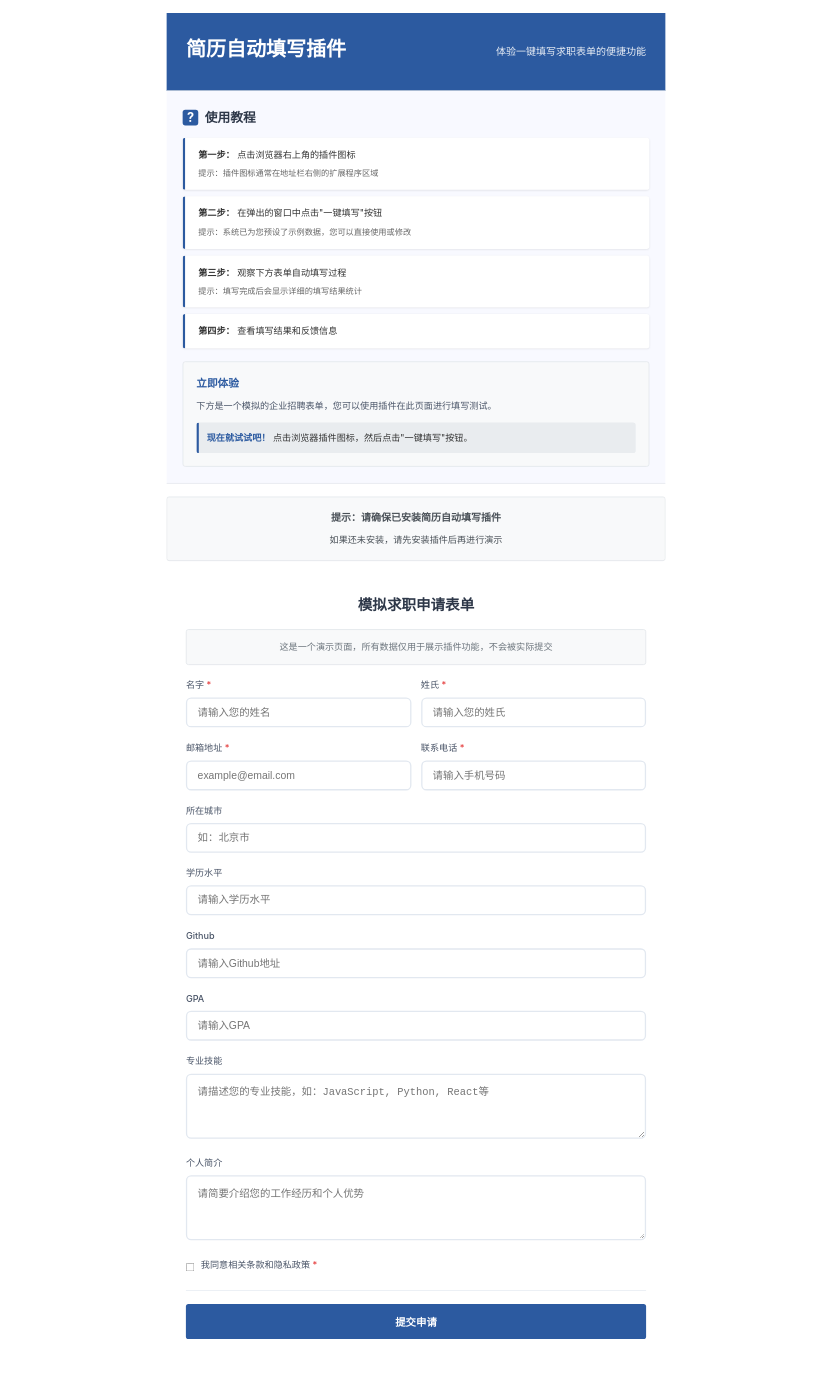
Repository: Zion74/jiancareer-chrome-main-zhn
Page: public/mock-form.html
The author's editor kept a copy of each file at every save. The page is drawn from the files as they stood at one save, then again after a run of saves.
The browser window is 1280 px wide. The pictures show the whole page, at 65% of full size.

Above is the page before, as saved 2025-09-09 23:14:32.

### public/mock-form.html
<!DOCTYPE html>
<html lang="zh-CN">
<head>
    <meta charset="UTF-8">
    <meta name="viewport" content="width=device-width, initial-scale=1.0">
    <title>简历自动填写插件 - 教学演示页面</title>
    <link rel="stylesheet" href="styles.css">
    <style>
        body {
            font-family: -apple-system, BlinkMacSystemFont, 'Segoe UI', Roboto, sans-serif;
            line-height: 1.6;
            margin: 0;
            padding: 0;
            background: #ffffff;
            min-height: 100vh;
            display: flex;
            justify-content: center;
            align-items: flex-start;
        }

        .container {
            width: 60%;
            max-width: 1200px;
            margin: 20px auto;
            background: white;
            border-radius: 0;
            box-shadow: none;
            border: none;
            overflow: hidden;
        }

        .header {
            background: #2c5aa0;
            color: white;
            padding: 30px;
            text-align: center;
        }

        .header h1 {
            margin: 0 0 10px 0;
            font-size: 2.2em;
            font-weight: 600;
        }

        .header p {
            margin: 0;
            font-size: 1.1em;
            opacity: 0.9;
        }

        .tutorial-section {
            background: #f8f9ff;
            padding: 25px;
            border-bottom: 1px solid #e1e5e9;
        }

        .tutorial-title {
            color: #2d3748;
            font-size: 1.4em;
            font-weight: 600;
            margin-bottom: 15px;
            display: flex;
            align-items: center;
        }

        .tutorial-icon {
            width: 24px;
            height: 24px;
            margin-right: 10px;
            background: #2c5aa0;
            border-radius: 4px;
            display: flex;
            align-items: center;
            justify-content: center;
            color: white;
            font-weight: bold;
        }

        .tutorial-steps {
            list-style: none;
            padding: 0;
            margin: 0;
        }

        .tutorial-steps li {
            background: white;
            margin: 10px 0;
            padding: 15px 20px;
            border-radius: 4px;
            border-left: 4px solid #2c5aa0;
            box-shadow: 0 1px 3px rgba(0,0,0,0.1);
        }

        .form-section {
            padding: 30px;
        }

        .form-title {
            color: #2d3748;
            font-size: 1.6em;
            font-weight: 600;
            margin-bottom: 20px;
            text-align: center;
        }

        .form-group {
            margin-bottom: 20px;
        }

        .form-row {
            display: flex;
            gap: 15px;
            margin-bottom: 20px;
        }

        .form-row .form-group {
            flex: 1;
            margin-bottom: 0;
        }

        label {
            display: block;
            margin-bottom: 8px;
            font-weight: 500;
            color: #4a5568;
        }

        .required {
            color: #e53e3e;
        }

        input[type="text"],
        input[type="email"],
        input[type="tel"],
        select,
        textarea {
            width: 100%;
            padding: 12px 16px;
            border: 2px solid #e2e8f0;
            border-radius: 8px;
            font-size: 16px;
            transition: all 0.3s ease;
            box-sizing: border-box;
        }

        input:focus,
        select:focus,
        textarea:focus {
            outline: none;
            border-color: #2c5aa0;
            box-shadow: 0 0 0 2px rgba(44, 90, 160, 0.1);
        }

        select {
            cursor: pointer;
        }

        textarea {
            resize: vertical;
            min-height: 100px;
        }

        .checkbox-group {
            display: flex;
            align-items: center;
            margin: 20px 0;
        }

        .checkbox-group input[type="checkbox"] {
            width: auto;
            margin-right: 10px;
        }

        .submit-section {
            text-align: center;
            padding: 20px 0;
            border-top: 1px solid #e2e8f0;
        }

        .btn {
            background: #2c5aa0;
            color: white;
            border: none;
            padding: 15px 40px;
            border-radius: 4px;
            font-size: 16px;
            font-weight: 600;
            cursor: pointer;
            transition: all 0.3s ease;
        }

        .btn:hover {
            background: #1e3d6f;
        }

        .demo-notice {
            background: #f8f9fa;
            border: 1px solid #dee2e6;
            color: #6c757d;
            padding: 15px;
            border-radius: 4px;
            margin: 20px 0;
            text-align: center;
            font-weight: 500;
        }

        .extension-hint {
            background: #f8f9fa;
            border: 1px solid #dee2e6;
            color: #495057;
            padding: 20px;
            border-radius: 4px;
            margin: 20px 0;
            text-align: center;
        }

        .extension-hint strong {
            display: block;
            font-size: 1.1em;
            margin-bottom: 10px;
        }

        @media (max-width: 768px) {
            .form-row {
                flex-direction: column;
                gap: 0;
            }

            .container {
                margin: 0;
                border-radius: 0;
            }

            .header {
                padding: 20px;
            }

            .header h1 {
                font-size: 1.8em;
            }

            .form-section {
                padding: 20px;
            }

            .tutorial-section {
                padding: 20px;
            }
        }
    </style>
</head>
<body>
    <div class="container">
        <div class="header">
            <h1>简历自动填写插件</h1>
            <p>体验一键填写求职表单的便捷功能</p>
        </div>

        <div class="tutorial-section">
            <div class="tutorial-title">
                <div class="tutorial-icon">?</div>
                使用教程
            </div>
            <ol class="tutorial-steps">
                <li><strong>第一步：</strong> 点击浏览器右上角的插件图标
                    <div style="margin-top: 8px; color: #666; font-size: 0.9em;">提示：插件图标通常在地址栏右侧的扩展程序区域</div>
                </li>
                <li><strong>第二步：</strong> 在弹出的窗口中点击"一键填写"按钮
                    <div style="margin-top: 8px; color: #666; font-size: 0.9em;">提示：系统已为您预设了示例数据，您可以直接使用或修改</div>
                </li>
                <li><strong>第三步：</strong> 观察下方表单自动填写过程
                    <div style="margin-top: 8px; color: #666; font-size: 0.9em;">提示：填写完成后会显示详细的填写结果统计</div>
                </li>
                <li><strong>第四步：</strong> 查看填写结果和反馈信息</li>
            </ol>

            <div style="background: #f8f9fa; border: 1px solid #dee2e6; border-radius: 4px; padding: 20px; margin-top: 20px;">
                <h3 style="margin: 0 0 10px 0; color: #2c5aa0;">立即体验</h3>
                <p style="margin: 0 0 15px 0; color: #4a5568;">下方是一个模拟的企业招聘表单，您可以使用插件在此页面进行填写测试。</p>
                <div style="background: #e9ecef; padding: 12px; border-radius: 4px; border-left: 4px solid #2c5aa0;">
                    <strong style="color: #2c5aa0;">现在就试试吧！</strong> 点击浏览器插件图标，然后点击"一键填写"按钮。
                </div>
            </div>
        </div>

        <div class="extension-hint">
            <strong>提示：请确保已安装简历自动填写插件</strong>
            如果还未安装，请先安装插件后再进行演示
        </div>

        <div class="form-section">
            <h2 class="form-title">模拟求职申请表单</h2>

            <div class="demo-notice">
                这是一个演示页面，所有数据仅用于展示插件功能，不会被实际提交
            </div>

            <form id="demo-form" action="#" method="post">
                <div class="form-row">
                    <div class="form-group">
                        <label for="firstName">名字 <span class="required">*</span></label>
                        <input type="text" id="firstName" name="firstName" placeholder="请输入您的姓名" required>
                    </div>
                    <div class="form-group">
                        <label for="lastName">姓氏 <span class="required">*</span></label>
                        <input type="text" id="lastName" name="lastName" placeholder="请输入您的姓氏">
                    </div>
                </div>

                <div class="form-row">
                    <div class="form-group">
                        <label for="email">邮箱地址 <span class="required">*</span></label>
                        <input type="email" id="email" name="email" placeholder="example@email.com" required>
                    </div>
                    <div class="form-group">
                        <label for="phone">联系电话 <span class="required">*</span></label>
                        <input type="tel" id="phone" name="phone" placeholder="请输入手机号码">
                    </div>
                </div>

                <div class="form-row">
                    <div class="form-group">
                        <label for="location">所在城市</label>
                        <input type="text" id="location" name="location" placeholder="如：北京市">
                    </div>
                </div>

                <div class="form-row">
                    <div class="form-group">
                        <label for="education">学历水平</label>
                        <input type="text" id="education" name="education" placeholder="请输入学历水平" required>
                    </div>
                </div>

                <div class="form-row">
                    <div class="form-group">
                        <label for="github">Github</label>
                        <input type="text" id="github" name="github" placeholder="请输入Github地址" required>
                    </div>
                </div>



                <div class="form-row">

                    <div class="form-group">
                        <label for="gpa">GPA</label>
                        <input type="text" id="gpa" name="gpa" placeholder="请输入GPA" required>
                    </div>
                </div>

                <div class="form-group">
                    <label for="skills">专业技能</label>
                    <textarea id="skills" name="skills" placeholder="请描述您的专业技能，如：JavaScript, Python, React等"></textarea>
                </div>

                <div class="form-group">
                    <label for="introduction">个人简介</label>
                    <textarea id="introduction" name="introduction" placeholder="请简要介绍您的工作经历和个人优势"></textarea>
                </div>

                <div class="checkbox-group">
                    <input type="checkbox" id="agree" name="agree" required>
                    <label for="agree">我同意相关条款和隐私政策 <span class="required">*</span></label>
                </div>

                <div class="submit-section">
                    <button type="submit" class="btn">提交申请</button>
                </div>
            </form>
        </div>
    </div>

    <script>
        // 监听来自插件的消息
        window.addEventListener('message', function(event) {
            if (event.data.type === 'SJ_DETECT_V1') {
                // 响应插件的检测消息
                event.source.postMessage({
                    type: 'SJ_ACK_V1',
                    success: true,
                    message: '页面已准备好进行自动填写演示'
                }, '*');
            }

            if (event.data.source === 'JIANCAREER_EXTENSION') {
                console.log('收到插件消息:', event.data);

                if (event.data.type === 'TUTORIAL_DEMO') {
                    // 处理教程演示消息
                    showTutorialMessage('插件正在演示自动填写功能...', 'info');
                } else if (event.data.type === 'AUTOFILL_COMPLETE') {
                    // 处理填写完成消息
                    const result = event.data.result;
                    let message = '';
                    let type = 'success';

                    if (result.success) {
                        message = `填写完成！成功填写 ${result.filled}/${result.total} 个字段`;
                        if (result.filled === result.total) {
                            message += ' 🎉';
                        }
                    } else {
                        message = `填写失败：${result.error || '未知错误'}`;
                        type = 'error';
                    }

                    showTutorialMessage(message, type);

                    // 如果填写成功，显示额外的成功提示
                    if (result.success && result.filled > 0) {
                        setTimeout(() => {
                            alert(`恭喜！插件已成功帮您填写了表单。\n\n填写详情：\n- 成功填写：${result.filled} 个字段\n- 总字段数：${result.total} 个\n\n您现在可以检查填写的内容，然后提交表单。`);
                        }, 1000);
                    }
                }
            }
        });

        function showTutorialMessage(message, type = 'info') {
            const colors = {
                info: '#2196F3',
                success: '#4CAF50',
                error: '#f44336',
                warning: '#ff9800'
            };

            const messageDiv = document.createElement('div');
            messageDiv.style.cssText = `
                position: fixed;
                top: 20px;
                right: 20px;
                background: ${colors[type] || colors.info};
                color: white;
                padding: 15px 20px;
                border-radius: 8px;
                box-shadow: 0 4px 12px rgba(0,0,0,0.15);
                z-index: 10000;
                font-family: -apple-system, BlinkMacSystemFont, 'Segoe UI', Roboto, sans-serif;
                font-size: 14px;
                max-width: 300px;
                word-wrap: break-word;
                animation: slideIn 0.3s ease-out;
            `;

            // 添加动画样式
            if (!document.getElementById('message-animation-style')) {
                const style = document.createElement('style');
                style.id = 'message-animation-style';
                style.textContent = `
                    @keyframes slideIn {
                        from {
                            transform: translateX(100%);
                            opacity: 0;
                        }
                        to {
                            transform: translateX(0);
                            opacity: 1;
                        }
                    }
                `;
                document.head.appendChild(style);
            }

            messageDiv.textContent = message;
            document.body.appendChild(messageDiv);

            setTimeout(() => {
                if (document.body.contains(messageDiv)) {
                    messageDiv.style.animation = 'slideIn 0.3s ease-out reverse';
                    setTimeout(() => {
                        if (document.body.contains(messageDiv)) {
                            document.body.removeChild(messageDiv);
                        }
                    }, 300);
                }
            }, type === 'error' ? 5000 : 3000);
        }

        // 表单提交处理
        document.getElementById('demo-form').addEventListener('submit', function(e) {
            e.preventDefault();
            alert('🎉 演示完成！\n\n这是一个演示页面，表单数据不会被实际提交。\n\n感谢您体验简历自动填写插件！');
        });

        // 页面加载完成后发送准备就绪消息
        window.addEventListener('load', function() {
            console.log('[Mock Form] 教学演示页面已加载完成');

            // 向插件发送页面准备就绪的消息
            if (window.chrome && window.chrome.runtime) {
                try {
                    window.chrome.runtime.sendMessage({
                        type: 'PAGE_READY',
                        url: window.location.href,
                        title: document.title
                    });
                } catch (error) {
                    console.log('[Mock Form] 插件通信失败，这是正常现象（在非插件环境中）');
                }
            }
        });

        // 添加表单字段变化监听，用于演示
        const formInputs = document.querySelectorAll('input, select, textarea');
        formInputs.forEach(input => {
            input.addEventListener('input', function() {
                // 添加填写动画效果
                this.style.backgroundColor = '#e8f5e8';
                setTimeout(() => {
                    this.style.backgroundColor = '';
                }, 1000);
            });
        });
    </script>
</body>
</html>

Loaded but not shown: public/styles.css (1105 lines, source omitted)

After the next 2 saves:
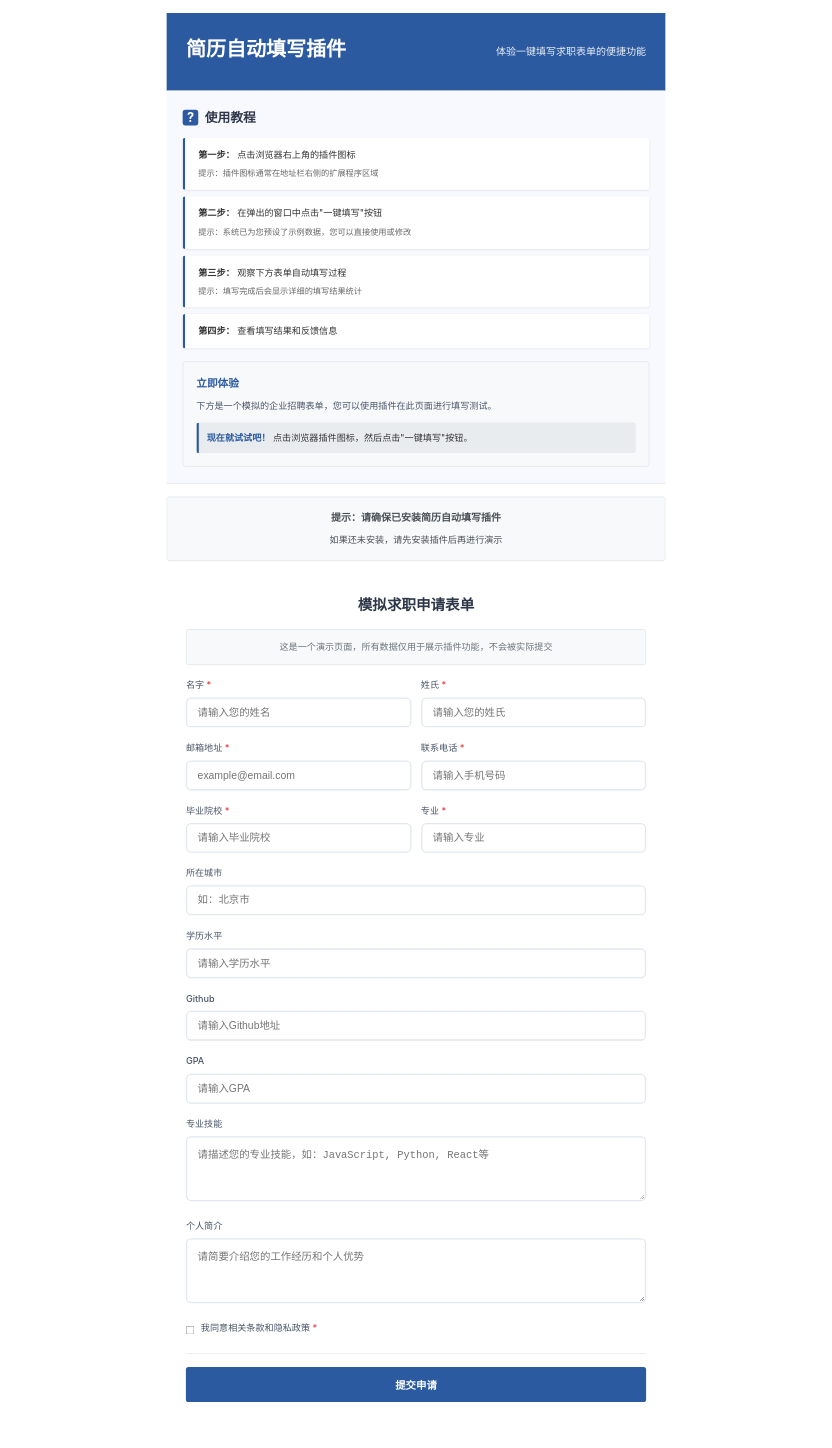
The 2 saves are shown as one change because they came seconds apart.
The last was saved 12 s later.
--- a/public/mock-form.html
+++ b/public/mock-form.html
@@ -317,6 +317,16 @@
                         <input type="tel" id="phone" name="phone" placeholder="请输入手机号码">
                     </div>
                 </div>
+                <div class="form-row">
+                    <div class="form-group">
+                        <label for="university">毕业院校 <span class="required">*</span></label>
+                        <input type="text" id="university" name="university" placeholder="请输入毕业院校" required>
+                    </div>
+                    <div class="form-group">
+                        <label for="major">专业 <span class="required">*</span></label>
+                        <input type="text" id="major" name="major" placeholder="请输入专业" required>
+                    </div>
+                </div>
 
                 <div class="form-row">
                     <div class="form-group">
